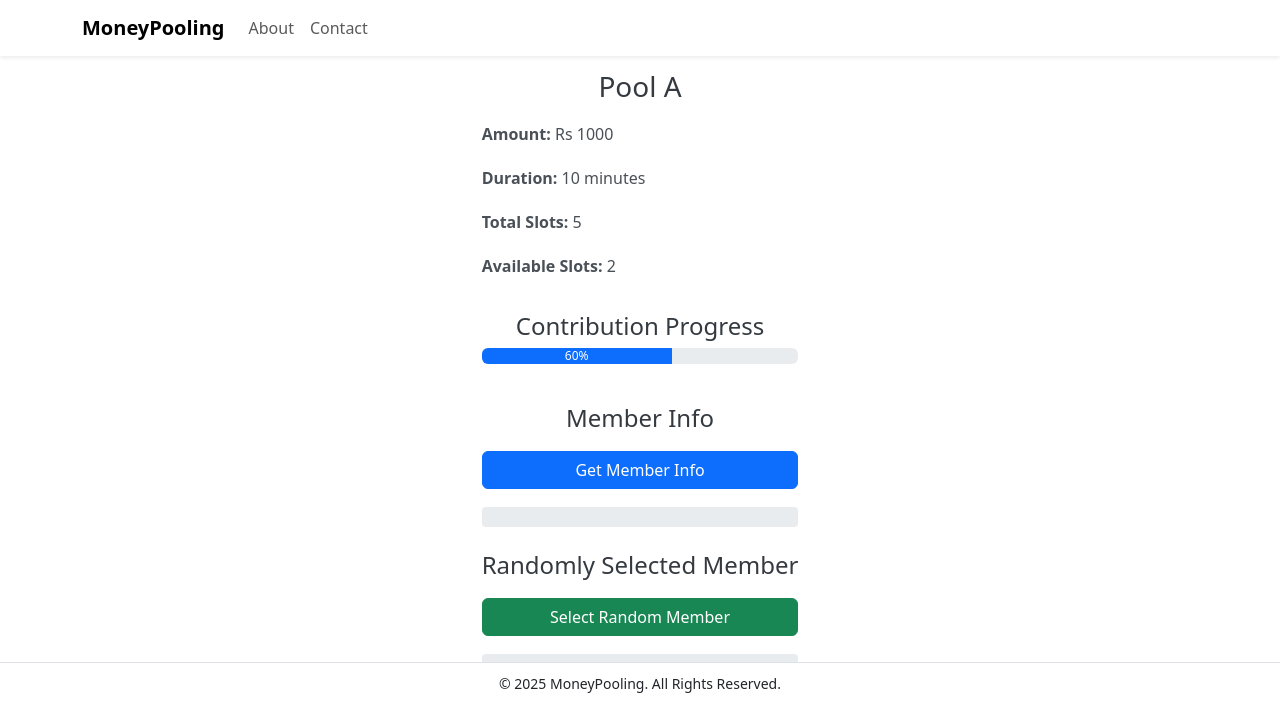
Repository: xxgautm420/MoneyPool
Page: http://localhost/progress
These files come from the project's save history. The page is drawn as it stood at one moment and after the next save; the edit follows.
The browser window is 1280 px wide. The pictures show the whole page.
The page is served by the project's application, run on Flask 3 (app.py). Other server files are loaded and not shown.

Above is the page before, as saved 2025-03-02 14:46:46.

### templates/progress.html
<!DOCTYPE html>
<html lang="en">
<head>
    <meta charset="UTF-8">
    <meta name="viewport" content="width=device-width, initial-scale=1.0">
    <title>Money Pooling</title>

    <!-- External Stylesheets -->
    <link rel="stylesheet" href="{{ url_for('static', filename='Css/progress.css') }}">
    <link href="https://cdn.jsdelivr.net/npm/bootstrap@5.3.0-alpha1/dist/css/bootstrap.min.css" rel="stylesheet">
</head>
<body>

    <!-- Navbar -->
    <nav class="navbar navbar-expand-lg navbar-light bg-white fixed-top shadow-sm">
        <div class="container">
            <a class="navbar-brand fw-bold" href="#">MoneyPooling</a>
            <div class="collapse navbar-collapse">
                <ul class="navbar-nav me-auto mb-2 mb-lg-0">
                    <li class="nav-item">
                        <a class="nav-link" href="#" id="aboutLink">About</a>
                    </li>
                    <li class="nav-item">
                        <a class="nav-link" href="#" id="contactLink">Contact</a>
                    </li>
                </ul>
            </div>
        </div>
    </nav>

    <div id="aboutFormContainer" class="about-container" style="display: none;">
        <div class="about-box">
            <section>
                <h1>About This Project</h1>
                <p>In today's digital age, web applications play a pivotal role in streamlining various processes and enhancing user experiences. This project focuses on developing a web application designed to facilitate a unique and engaging process where members join a slot, contribute a specified amount, and a randomly selected member benefits until all members have been selected. The application aims to provide a seamless and user-friendly experience, ensuring secure login, easy slot selection, and transparent tracking of contributions.</p>
                <p>The project is motivated by the need to create an efficient and reliable system that can manage member contributions and random selections in a fair and transparent manner. By leveraging modern web technologies, the application aims to enhance user engagement and foster a sense of community among members. This document outlines the functional requirements, user interaction flow, technical specifications, and expected outcomes of the project.</p>
                <button id="closeAbout" class="close-button">x</button>
            </section>
        </div>
    </div>

    <div id="contactFormContainer" class="contact-container" style="display: none;">
        <div class="contact-box">
            <section>
                <h1>Contact</h1>
                <form>
                    <label for="name">Name:</label><br>
                    <input type="text" id="name" name="name" placeholder="Your Name"><br><br>
                    <label for="email">Email:</label><br>
                    <input type="email" id="email" name="email" placeholder="Your Email"><br><br>
                    <label for="number">Number:</label><br>
                    <input type="tel" id="number" name="number" placeholder="Your Phone Number"><br><br>
                </form>
                <p><strong>Address:</strong> Your Address Here</p>
                <p><strong>Contact Number:</strong> Your Contact Number Here</p>
                <button id="closeContact" class="close-button">x</button>
            </section>
        </div>
    </div>

    <!-- Main Content -->
    <div class="main-container">
        <div class="left-grid">
            <h3 id="poolName">Pool A</h3>
            <p><strong>Amount:</strong> Rs <span id="poolAmount">1000</span></p>
            <p><strong>Duration:</strong> 10 minutes</p>
            <p><strong>Total Slots:</strong> 5</p>
            <p><strong>Available Slots:</strong> <span id="availableSlots">2</span></p>

            <!-- Contribution Progress -->
            <h4 class="mt-4">Contribution Progress</h4>
            <div class="progress mb-3">
                <div id="progressBar" class="progress-bar" role="progressbar" style="width: 60%">60%</div>
            </div>
        </div>

        <div class="right-grid">
            <!-- Member Info Section -->
            <h4 class="mt-4">Member Info</h4>
            <button id="memberInfoButton" class="btn btn-primary" onclick="fetchUsername(1)">Get Member Info</button>
            <div id="usernamePlaceholder" class="username-placeholder mt-2"></div> <!-- Placeholder for username -->

            <!-- Randomly Selected Member Section -->
            <h4 class="mt-4">Randomly Selected Member</h4>
            <button id="randomSelectButton" class="btn btn-success">Select Random Member</button>
            <div id="selectedMemberPlaceholder" class="selected-member-placeholder mt-2"></div> <!-- Placeholder for selected username -->
            <div id="actionButtonContainer"></div>
        </div>
    </div>

    <!-- Footer -->
    <footer class="footer">
        <p>&copy; 2025 MoneyPooling. All Rights Reserved.</p>
    </footer>

    <!-- External JavaScript -->
    <script src="{{ url_for('static', filename='Script/progress.js') }}"></script>
</body>
</html>

### app.py
from flask import Flask, render_template , jsonify
from user import User, db
from config import Config
from auth import auth_bp

app = Flask(__name__)
app.config.from_object(Config)
db.init_app(app)

app.register_blueprint(auth_bp)

@app.route('/')
def home():
    return render_template('index.html')

@app.route('/progress')
def progress():
    return render_template('progress.html')

@app.route('/api/users/top5', methods=['GET'])
def get_top5_users():
    users = User.query.limit(5).all()
    return jsonify([user.username for user in users])

if __name__ == '__main__':
    app.run(debug=True)

### static/Css/progress.css
/* General Page Styling */
body {
    font-family: Arial, sans-serif;
    text-align: center;
    margin: 0;
    background-color: white;
    padding-top: 70px; /* Space for fixed navbar */
    display: flex;
    flex-direction: column;
    min-height: 100vh; /* Ensure the body takes at least the full height of the viewport */
    align-items: center; /* Center items horizontally */
}

/* Navbar */
.navbar {
    box-shadow: 0px 2px 5px rgba(0, 0, 0, 0.1);
    width: 100%; /* Ensure the navbar spans the full width */
}

/* Footer */
footer {
    width: 100%;
    background-color: white;
    text-align: center;
    padding: 10px;
    font-size: 14px;
    border-top: 1px solid #dee2e6;
    position: fixed; /* Ensure footer stays at the bottom */
    bottom: 0;
    left: 0;
    right: 0;
}

/* About Form Container */
.about-container {
    position: fixed;
    top: 50%;
    left: 50%;
    transform: translate(-50%, -50%);
    width: 80%;
    max-width: 600px;
    background-color: white;
    border-radius: 10px;
    box-shadow: 0 4px 8px rgba(0, 0, 0, 0.1);
    overflow: hidden; /* Remove vertical scrolling */
    padding: 20px;
}

.about-box {
    padding: 20px;
}

.about-container h1 {
    margin-top: 0;
}

.about-container p {
    line-height: 1.6;
}

.close-button {
    position: absolute;
    top: 10px;
    right: 10px;
    background-color: #f44336;
    color: white;
    border: none;
    border-radius: 50%;
    width: 30px;
    height: 30px;
    cursor: pointer;
    font-size: 16px;
}

.close-button:hover {
    background-color: #d32f2f;
}

/* Contact Form Container */
.contact-container {
    position: fixed;
    top: 50%;
    left: 50%;
    transform: translate(-50%, -50%);
    width: 80%;
    max-width: 600px;
    background-color: white;
    border-radius: 10px;
    box-shadow: 0 4px 8px rgba(0, 0, 0, 0.1);
    overflow: hidden; /* Remove vertical scrolling */
    padding: 20px;
}

.contact-container h1 {
    margin-top: 0;
}

.contact-container form {
    margin-top: 20px;
}

.contact-container input,
.contact-container textarea {
    width: 100%;
    padding: 10px;
    margin-top: 5px;
    margin-bottom: 10px;
    border-radius: 5px;
    border: 1px solid #ccc;
}

.contact-container p {
    line-height: 1.6;
    margin-top: 10px;
}

//* Main container styling */
/* Main container styling */
/* Main container styling */
.main-container {
    width: 80%;
    margin: 0 auto;
    padding: 20px;
    background-color: #f8f9fa;
    border-radius: 15px;
    box-shadow: 0 4px 8px rgba(0, 0, 0, 0.2);
    font-family: Arial, sans-serif;
    display: grid;
    grid-template-columns: 1fr 1fr;
    gap: 20px;
}

/* Left grid styling */
.left-grid {
    display: flex;
    flex-direction: column;
}

/* Right grid styling */
.right-grid {
    display: flex;
    flex-direction: column;
}

/* Headings */
.main-container h3,
.main-container h4 {
    color: #343a40;
    text-align: center; /* Center align the title */
}

/* Paragraphs and labels */
.main-container p {
    margin: 10px 0;
    color: #495057;
}

/* Buttons */
.btn {
    display: inline-block;
    margin: 10px 0;
    padding: 10px 20px;
    border: none;
    border-radius: 4px;
    text-align: center;
    cursor: pointer;
    font-size: 16px;
    transition: background-color 0.3s;
}

.btn-primary {
    background-color: #007bff;
    color: #fff;
}

.btn-primary:hover {
    background-color: #0056b3;
}

.btn-success {
    background-color: #28a745;
    color: #fff;
}

.btn-success:hover {
    background-color: #218838;
}

/* Progress bar */
.progress {
    height: 24px;
    background-color: #e9ecef;
    border-radius: 12px;
    overflow: hidden;
}

.progress-bar {
    height: 100%;
    background-color: #28a745;
    transition: width 0.6s ease;
}

/* Placeholders */
.username-placeholder,
.selected-member-placeholder {
    padding: 10px;
    background-color: #e9ecef;
    border-radius: 4px;
    margin-top: 10px;
    color: #495057;
}

#actionButtonContainer {
    margin-top: 20px;
    text-align: center; /* Center align the action buttons */
}

### static/Script/progress.js
document.addEventListener("DOMContentLoaded", () => {
    const memberInfoButton = document.getElementById("memberInfoButton");
    const usernamePlaceholder = document.getElementById("usernamePlaceholder");
    const randomSelectButton = document.getElementById("randomSelectButton");
    const selectedMemberPlaceholder = document.getElementById("selectedMemberPlaceholder");
    const actionButtonContainer = document.getElementById("actionButtonContainer");

    let usernames = [];
    let selectedUsernames = new Set();

    // Assume this is the logged-in user's username
    const loggedInUsername = 'user5'; // Replace with dynamic username if available

    // Fetch and display top 5 users
    memberInfoButton.addEventListener("click", () => {
        fetch('/api/users/top5')
            .then(response => response.json())
            .then(data => {
                usernames = data;
                usernamePlaceholder.innerHTML = usernames
                    .map(user => `<div class="username-item">${user}</div>`)
                    .join('');
            })
            .catch(error => {
                console.error('Error fetching user data:', error);
                usernamePlaceholder.innerHTML = 'An error occurred';
            });
    });

    // Randomly select and display a member
    randomSelectButton.addEventListener("click", () => {
        if (selectedUsernames.size >= usernames.length) {
            selectedMemberPlaceholder.innerHTML = 'All members have been selected.';
            actionButtonContainer.innerHTML = ''; // Clear action buttons
            return;
        }

        let remainingUsers = usernames.filter(user => !selectedUsernames.has(user));
        let randomIndex = Math.floor(Math.random() * remainingUsers.length);
        let selectedUser = remainingUsers[randomIndex];

        selectedUsernames.add(selectedUser);

        selectedMemberPlaceholder.innerHTML = `Selected Member: ${selectedUser}`;

        // Update action buttons based on selected user
        updateActionButtons(selectedUser);

        // Continue selecting after 5 seconds
        setTimeout(() => {
            randomSelectButton.click();
        }, 5000);
    });

    // Function to update action buttons
    function updateActionButtons(selectedUser) {
        actionButtonContainer.innerHTML = ''; // Clear previous buttons

        let button = document.createElement('button');
        button.className = 'btn';

        if (selectedUser === loggedInUsername) {
            // If the selected user is the logged-in user, show "Withdraw" button
            button.textContent = 'Withdraw';
            button.classList.add('btn-warning');
            button.addEventListener('click', () => {
                // Implement withdraw functionality here
                alert('Withdraw action triggered.');
            });
        } else {
            // If the selected user is someone else, show "Pay" button
            button.textContent = 'Pay';
            button.classList.add('btn-success');
            button.addEventListener('click', () => {
                // Implement pay functionality here
                alert('Pay action triggered.');
            });
        }

        actionButtonContainer.appendChild(button);
    }
});



//about form
document.addEventListener("DOMContentLoaded", function() {
    const aboutLink = document.getElementById("aboutLink");
    const aboutFormContainer = document.getElementById("aboutFormContainer");
    const closeAboutForm = document.getElementById("closeAbout");


    aboutLink.addEventListener("click", function(event) {
        event.preventDefault();
        aboutFormContainer.style.display = "block";
    });

    closeAboutForm.addEventListener("click", () => {
        aboutFormContainer.style.display = "none";
    });


});

//contact form
document.addEventListener("DOMContentLoaded", function() {
    const contactLink = document.getElementById("contactLink");
    const contactFormContainer = document.getElementById("contactFormContainer");
    const closeContactForm = document.getElementById("closeContact");


    contactLink.addEventListener("click", function(event) {
        event.preventDefault();
        contactFormContainer.style.display = "block";
    });

    closeContactForm.addEventListener("click", () => {
        contactFormContainer.style.display = "none";
    });


});

After the next save:
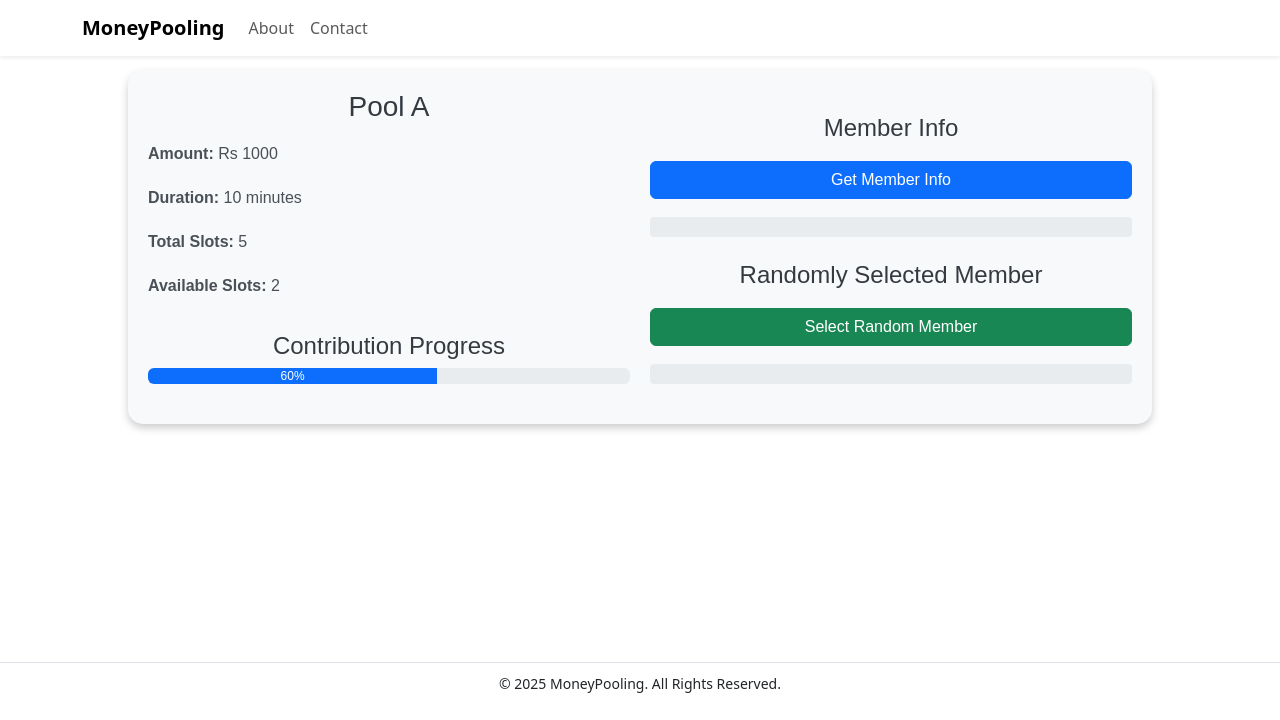
Saved 8 s later.
--- a/static/Css/progress.css
+++ b/static/Css/progress.css
@@ -114,7 +114,7 @@ footer {
     margin-top: 10px;
 }
 
-//* Main container styling */
+/* Main container styling */
 /* Main container styling */
 /* Main container styling */
 .main-container {
